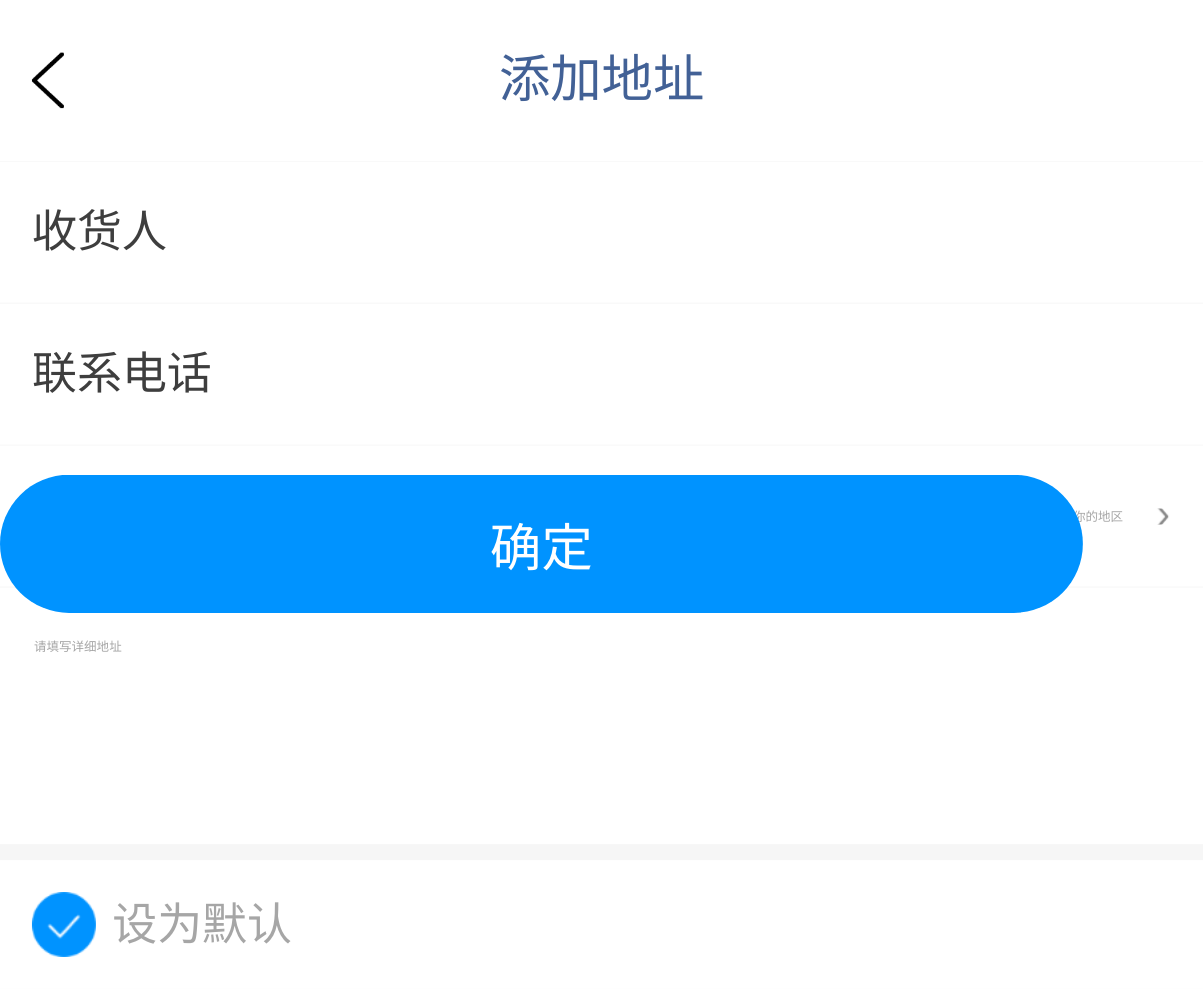
Repository: 421538074/sell
Page: consumer/manage-address.html
The author's editor kept a copy of each file at every save. The page is drawn from the files as they stood at one save, then again after the next save.
The browser window is 1280 px wide. The pictures show the whole page, at 94% of full size.

Above is the page before, as saved 2019-06-03 16:22:20.

### consumer/manage-address.html
<!DOCTYPE html>
<html lang="en">

<head>
    <meta charset="UTF-8">
    <meta name="viewport" content="width=device-width, initial-scale=1.0">
    <meta http-equiv="X-UA-Compatible" content="ie=edge">
    <title>地址管理</title>
    <link rel="stylesheet" href="../css/base.css">
    <link rel="stylesheet" href="css/common.css">
    <link rel="stylesheet" href="css/manage-address.css">
</head>

<body>
    <div id="app" class="content">
        <nav class="nav-bar-wrapper">
            <img @click="back" src="../img/back.png" class="back-icon">
            <p class="nav-bar-title">{{title}}</p>
        </nav>
        <ul class="address-wrapper">
            <li class="address-item">
                <label class="title">收货人</label>
                <input type="text" class="input-item">
            </li>
            <li class="address-item">
                <label class="title">联系电话</label>
                <input type="text" class="input-item">
            </li>
            <li class="address-item">
                <label class="title">所在地区</label>
                <input readonly placeholder="请选择你的地区" type="text" class="input-item arrow-right">
            </li>
            <li class="address-item">
                <textarea class="detail-address" placeholder="请填写详细地址"></textarea>
            </li>
        </ul>
        <p class="set-default-adderss">
            <img src="../img/checked.png" class="default-icon">
            <span class="set-default-title">设为默认</span>
        </p>
        <button class="confirm-add">
            确定
        </button>
    </div>
    <script src="../js/api.js"></script>
    <script src="../js/jquery.min.js"></script>
    <script src="../js/vue.js"></script>
    <script src="js/vue-mixin.js"></script>
    <script src="js/manage-address.js"></script>
</body>

</html>

### css/base.css
/* http://meyerweb.com/eric/tools/css/reset/
   v2.0 | 20110126
   License: none (public domain)
*/

html,
body,
div,
span,
applet,
object,
iframe,
h1,
h2,
h3,
h4,
h5,
h6,
p,
blockquote,
pre,
a,
abbr,
acronym,
address,
big,
cite,
code,
del,
dfn,
em,
img,
ins,
kbd,
q,
s,
samp,
small,
strike,
strong,
sub,
sup,
tt,
var,
b,
u,
i,
center,
dl,
dt,
dd,
ol,
ul,
li,
fieldset,
form,
label,
legend,
table,
caption,
tbody,
tfoot,
thead,
tr,
th,
td,
article,
aside,
canvas,
details,
embed,
figure,
figcaption,
footer,
header,
hgroup,
menu,
nav,
output,
ruby,
section,
summary,
time,
mark,
audio,
video {
    margin: 0;
    padding: 0;
    border: 0;
    font-size: 100%;
    font: inherit;
    vertical-align: baseline;
}

/* HTML5 display-role reset for older browsers */
article,
aside,
details,
figcaption,
figure,
footer,
header,
hgroup,
menu,
nav,
section {
    display: block;
}

body {
    line-height: 1;
}

ol,
ul {
    list-style: none;
}

blockquote,
q {
    quotes: none;
}

blockquote:before,
blockquote:after,
q:before,
q:after {
    content: '';
    content: none;
}

table {
    border-collapse: collapse;
    border-spacing: 0;
}


body,
html {
    font-size: calc(100vw / 37.5) !important;
    font-family: PingFangSC-Medium;
    background: #F2F2F2;
}


[v-cloak] {
    display: none;
}


hr {
    margin: 0;
    padding: 0;
}

.clearfix {
    zoom: 1;
}

.clearfix:after {
    content: ".";
    display: block;
    visibility: hidden;
    height: 0;
    clear: both;
}

[v-cloak] {
    display: none;
}

### consumer/css/common.css
*{
    box-sizing: border-box;
}
html,body{
    background: #f6f6f6;
}
html,body,div.content{
    height: 100%;
}
/*底部菜单栏*/
nav.tool-bar-wrapper {
    height: 5rem;
    background: #ffffff;
    display: flex;
    align-items: center;
    justify-content: space-around;
}
a.nav-item {
    color: #888888;
    text-decoration: none;
    font-size: 1.5rem;
    display: flex;
    flex-direction: column;
    align-items: center;
    justify-content: space-around;
    height: 90%;
}
a.nav-item.active{
    color: #0093FF;
}
img.nav-item-icon{
    width: 1.5rem;
    height: 1.5rem;
}
.ellipsis{
    overflow: hidden;
    white-space: nowrap;
    text-overflow: ellipsis;
}
/*顶部返回栏 */
nav.nav-bar-wrapper {
    background: #FFFFFF;
    height: 5rem;
    display: flex;
    align-items: center;
    justify-content: space-around;
    position: fixed;
    width: 100%;
    top: 0;
    z-index: 2;
    font-size: 1.6rem;
    color: #426196;
}
img.back-icon {
    position: absolute;
    width: 1rem;
    left: 1rem;
}

### consumer/css/manage-address.css
div.content{
    padding-top: 5rem;
}
ul.address-wrapper {
    background: #FFFFFF;
}
li.address-item {
    border-top: 1px solid #f6f6f6;
    padding: 1.5rem 1rem;
    display: flex;
    align-items: center;
    justify-content: space-between;
}
label.title {
    color: #3E3E3E;
    font-size: 1.4rem;
    width: 20%;
}
input.input-item {
    width: 80%;
    outline: 0;
    border: none;
}
input.arrow-right{
    text-align: right;
    padding-right: 1.5rem;
    background: url(../../img/arrow-right.png) no-repeat;
    background-size: 0.8rem;
    background-position: right center;
}
textarea.detail-address {
    width: 100%;
    height: 5rem;
    border: none;
    resize: none;
    outline: 0;
}
textarea::-webkit-input-placeholder,input::-webkit-input-placeholder {
    color: #A6A6A6;
}
p.set-default-adderss {
    background: #FFFFFF;
    margin-top: 0.5rem;
    display: flex;
    align-items: center;
}
img.default-icon {
    width: 2rem;
    height: auto;
}
span.set-default-title {
    color: #A6A6A6;
    font-size: 1.4rem;
    margin-left: 0.5rem;
}
p.set-default-adderss {
    background: #FFFFFF;
    margin-top: 0.5rem;
    display: flex;
    align-items: center;
    padding: 1rem;
}
button.confirm-add {
    background: #0093FF;
    border: none;
    outline: 0;
    color: #FFFFFF;
    width: 90%;
    display: block;
    margin: 1rem auto;
    padding: 1rem;
    border-radius: 10rem;
    font-size: 1.6rem;
    position: fixed;
    bottom: 1rem;
}

### js/api.js
function getUrlKey(name) {
    return decodeURIComponent((new RegExp('[?|&]' + name + '=' + '([^&;]+?)(&|#|;|$)').exec(location.href) || [, ""])[1].replace(/\+/g, '%20')) || null;
}


// window.warn = {
//     alert: function alert(msg) {
//         var template = `
// `
//         $('body').append(template);
//         $('.alert-body').animate({
//             top: "40px"
//         }, 200);
//         // setTimeout(function () {
//         //     warn.close();
//         // }, 1500);
//     },
//     close: function close() {
//         $('.alert-body').animate({
//             top: "-280px"
//         }, 200);
//         setTimeout(function () {
//             $('#alert-msg').remove();
//         }, 200);
//     }
// };

### consumer/js/vue-mixin.js
Vue.mixin({
    methods: {
        /**
         * 返回
         */
        back() {
            history.go(-1);
        },
        /**
         * 限制长度
         * @param {String} 要限制长度的字段
         * @param {Number} 长度
         */
        limitLength(key, length) {
            this[key] = this[key].substring(0, length);
        },
        /**
         * 验证11位手机号
         * @param {Number} phone
         */
        validatePhone(phone) {
            const phoneReg = /^[1-9][0-9]{9}[0-9]$/;
            return phoneReg.test(phone);
        },
        /**
         * 发送手机验证码
         * @param {Number} waitTimeKey 等待时间键名
         * @param {String} tipsKey 发送验证码显示的信息的键名
         * @param {String} phoneKey 手机号键名
         * @param {String} reSendMsg  按钮默认显示的文字
         */
        sendCode(waitTimeKey, tipsKey, phoneKey, defaultMsg) {
            if (!this.validatePhone(this[phoneKey])) {
                alert('无效手机号!');
                return;
            }
            if (this[waitTimeKey] == 60) {
                $.post('', {
                        phone: this[phoneKey]
                    }, (res) => {
                        if (res.status == 1) {
                            const interval = setInterval(() => {
                                if (this[waitTimeKey] == 1) {
                                    this[waitTimeKey] = 60;
                                    this[tipsKey] = defaultMsg;
                                    clearInterval(interval);
                                    return;
                                }
                                this[waitTimeKey] -= 1;
                                this[tipsKey] = `${this[waitTimeKey]}s`;
                            }, 1000);
                        } else {
                            alert('发送失败!');
                        }
                    }, 'json')
                    .fail(err => {
                        alert('服务器异常!');
                    });
            }
        },
        /**
         * 链接跳转
         * @param {String} url
         */
        linkTo(url) {
            window.location.href = url;
        },
        /**
         * 获得URL参数
         */
        getParams() {
            var list = location.search.substring(1).split('&');
            var param = {};
            list.forEach(function (value) {
                var temp = value.split('=');
                param[temp[0]] = temp[1];
            });
            return param;
        }
    },
    filters: {

    }
})

### consumer/js/manage-address.js
new Vue({
    el: '#app',
    data() {
        return {
            title:''
        }
    },
    created() {
        if (this.getParams().type == 'edit') {
            this.title = '编辑地址';
        } else {
            this.title = '添加地址';
        }
    },
})

Loaded but not shown: js/jquery.min.js (library); js/vue.js (library)

After the next save:
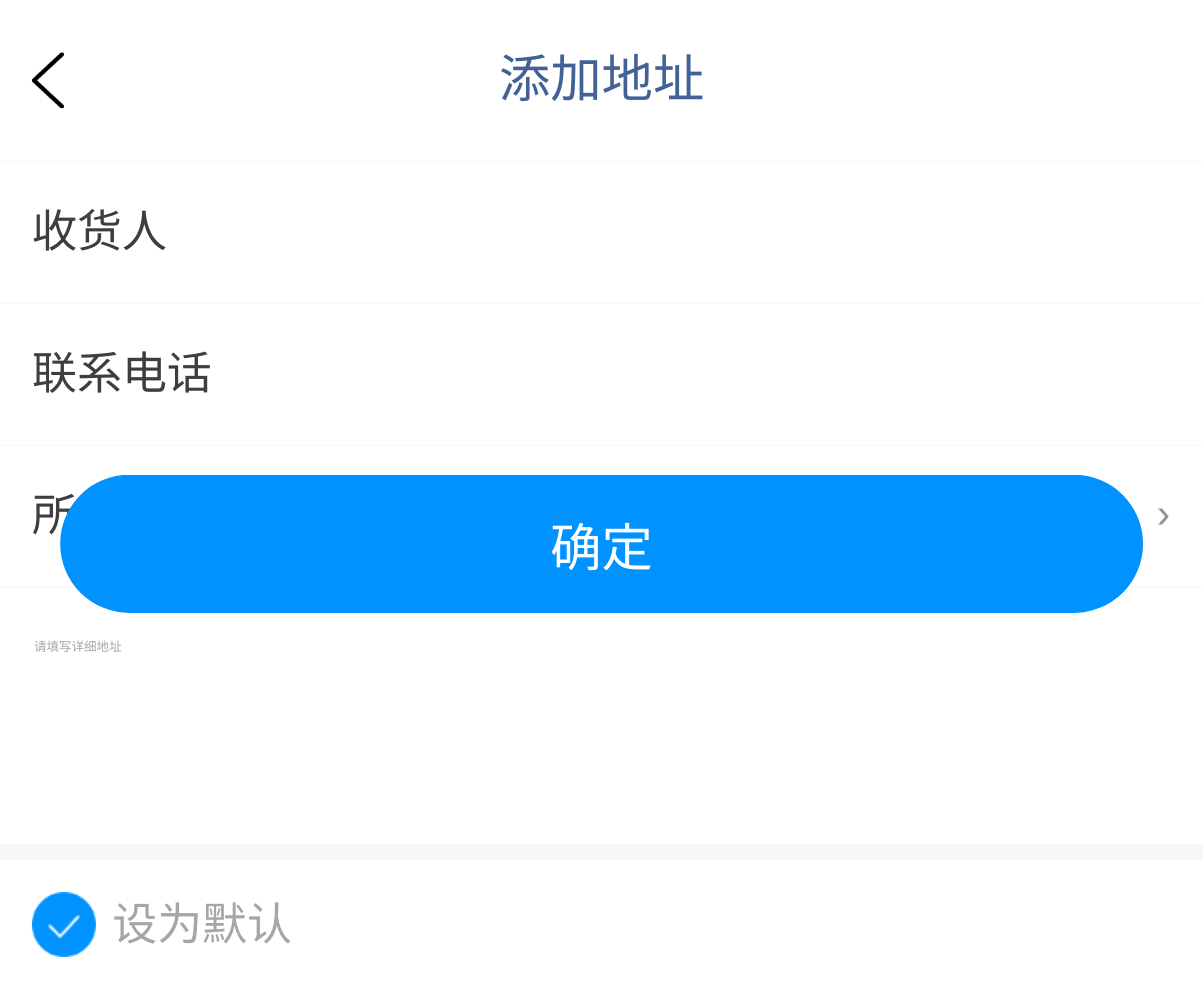
Saved 11 s later.
--- a/consumer/css/manage-address.css
+++ b/consumer/css/manage-address.css
@@ -72,5 +72,6 @@ button.confirm-add {
     border-radius: 10rem;
     font-size: 1.6rem;
     position: fixed;
+    left: 5%;
     bottom: 1rem;
 }
